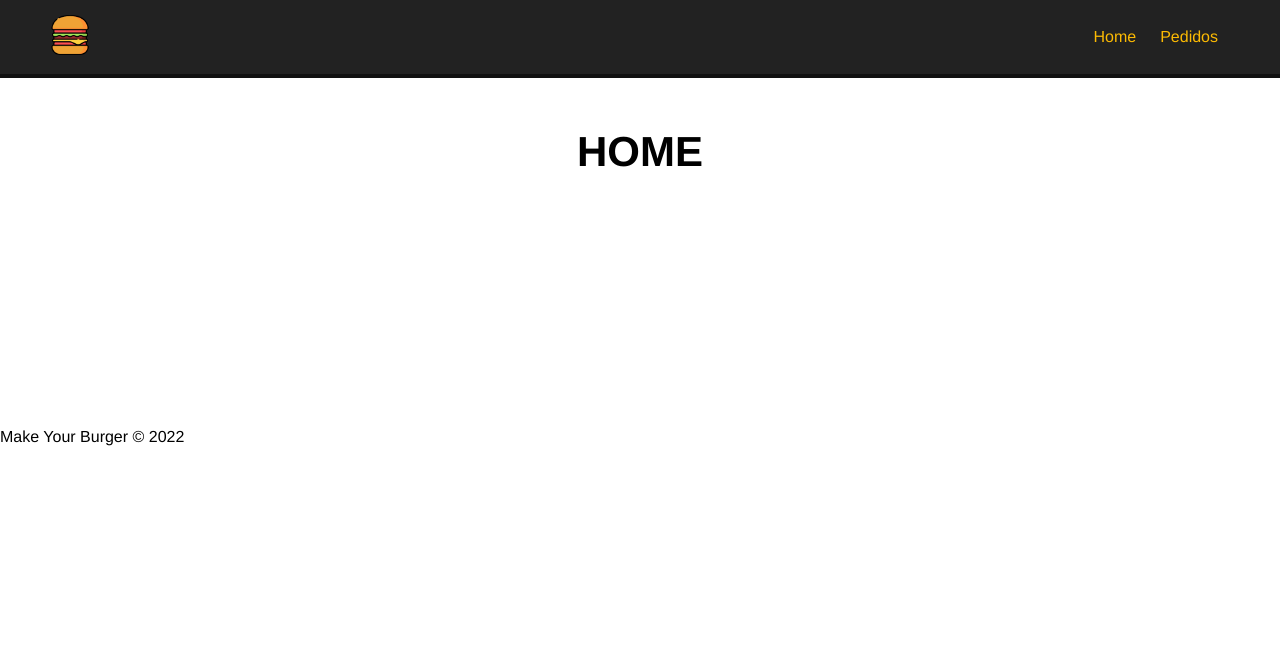
Repository: brunofa23/makeyourburguer
Page: /
The author's editor kept a copy of each file at every save. The page is drawn from the files as they stood at one save, then again after the next save.
The browser window is 1280 px wide. The pictures show the whole page.
The project was rebuilt for these pictures with package versions that can differ from the ones it lists, and the page was loaded fresh each time. Also part of the build but not shown: vue.config.js.

Above is the page before, as saved 2022-08-08 20:41:29.

After the next save:
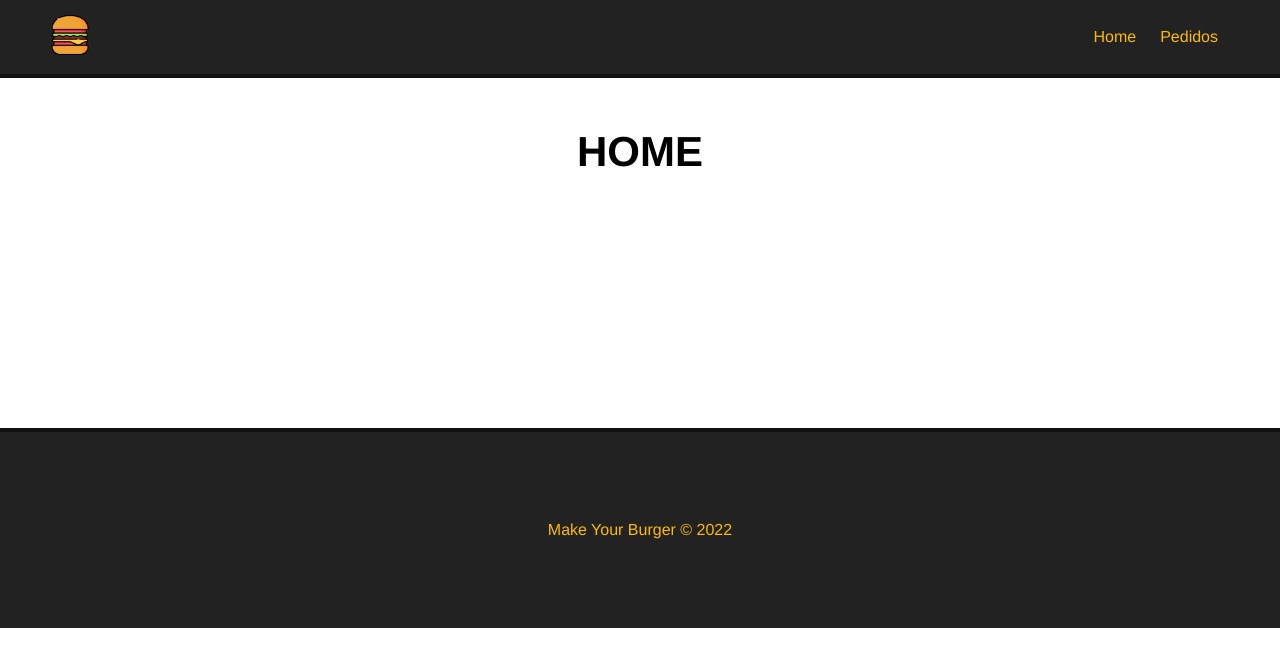
Saved 90 s later.
--- a/src/components/Footer.vue
+++ b/src/components/Footer.vue
@@ -12,3 +12,15 @@ export default{
 }
 
 </script>
+
+<style scoped>
+#footer{
+    height: 200px;
+    background-color: #222;
+    border-top: 4px solid #111;
+    color: #fcba03;
+    display: flex;
+    align-items: center;
+    justify-content: center;
+}
+</style>
